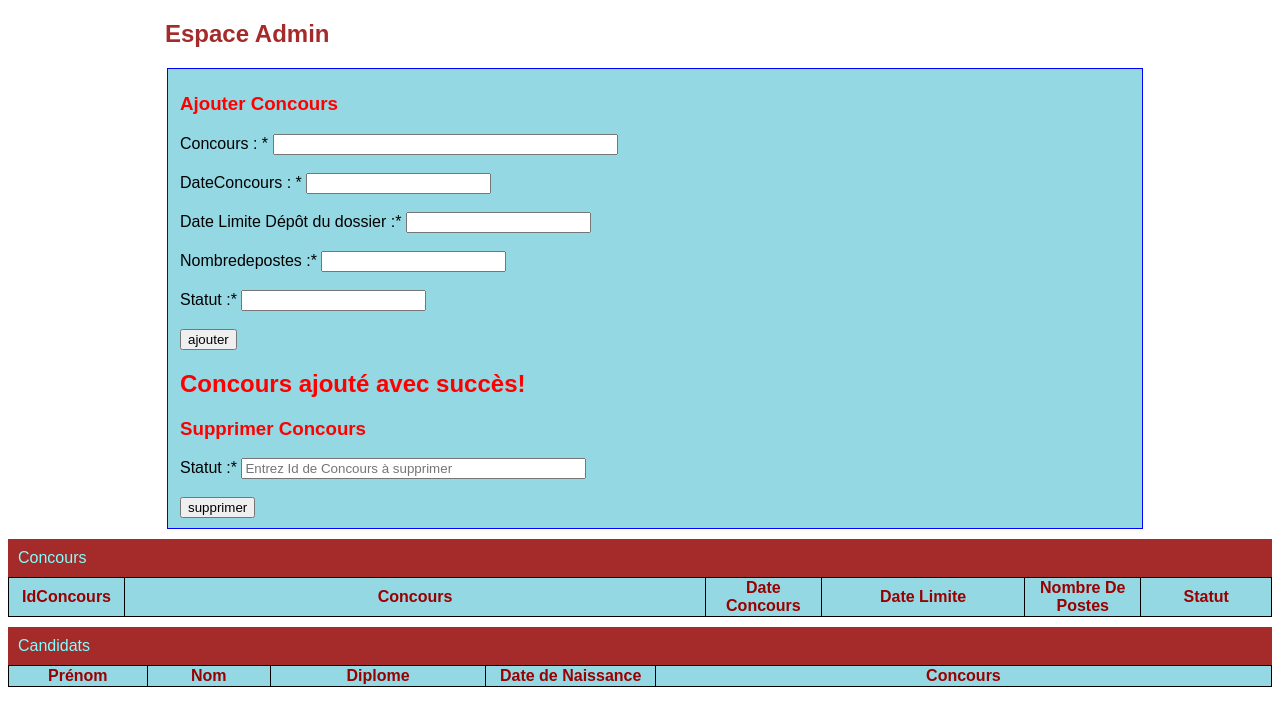
Repository: yahouari/Stage2019
Page: http://localhost/test/valide.jsp
These files come from the project's save history. The page is drawn as it stood at one moment and after the next save; the edit follows.
The browser window is 1280 px wide. The pictures show the whole page.
The page is served by Tomcat 9. Queries for data that is not in the repository find no rows.

Above is the page before, as saved 2019-07-29 10:21:18.

After the next save:
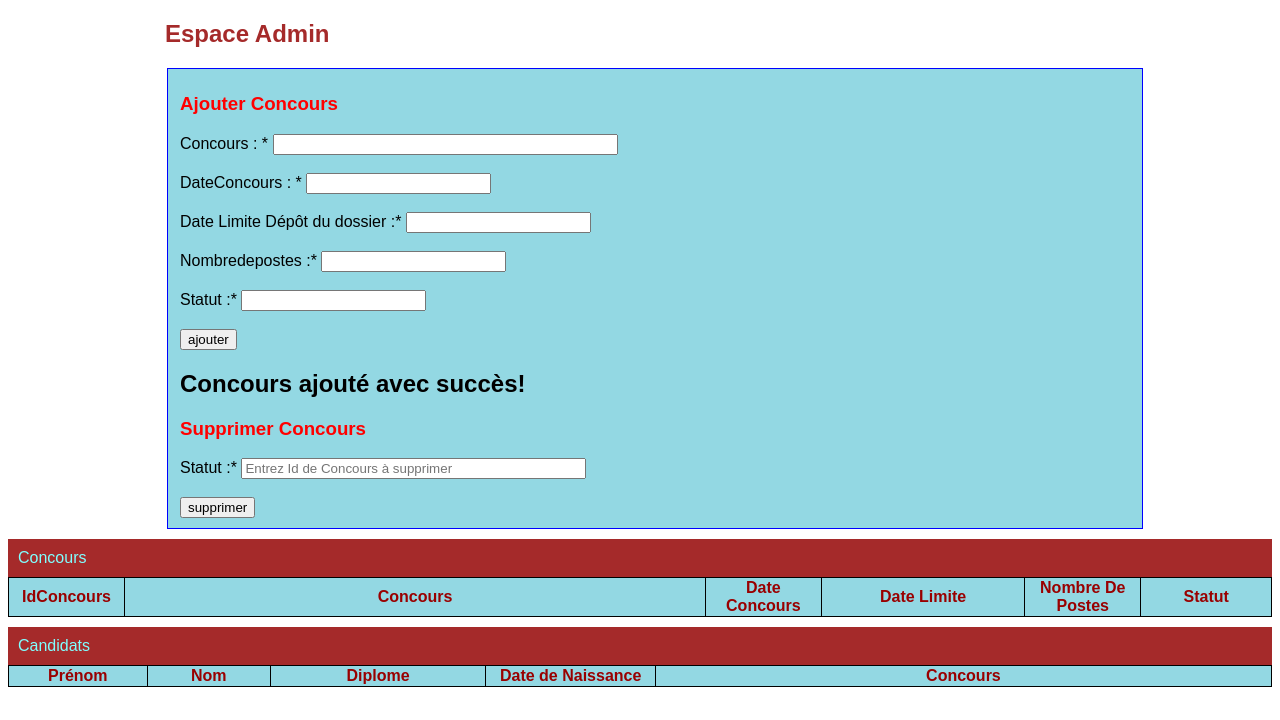
Saved 2 s later.
--- a/test/WebContent/valide.jsp
+++ b/test/WebContent/valide.jsp
@@ -42,7 +42,7 @@
 
 
               <input type="submit" value="ajouter"  />
-            <h2><font color="red"> Concours ajouté avec succès! </font></h2>
+            <h2><font color="black"> Concours ajouté avec succès! </font></h2>
 
               </form>
               <form method="get" action="SuppressionServlet">
